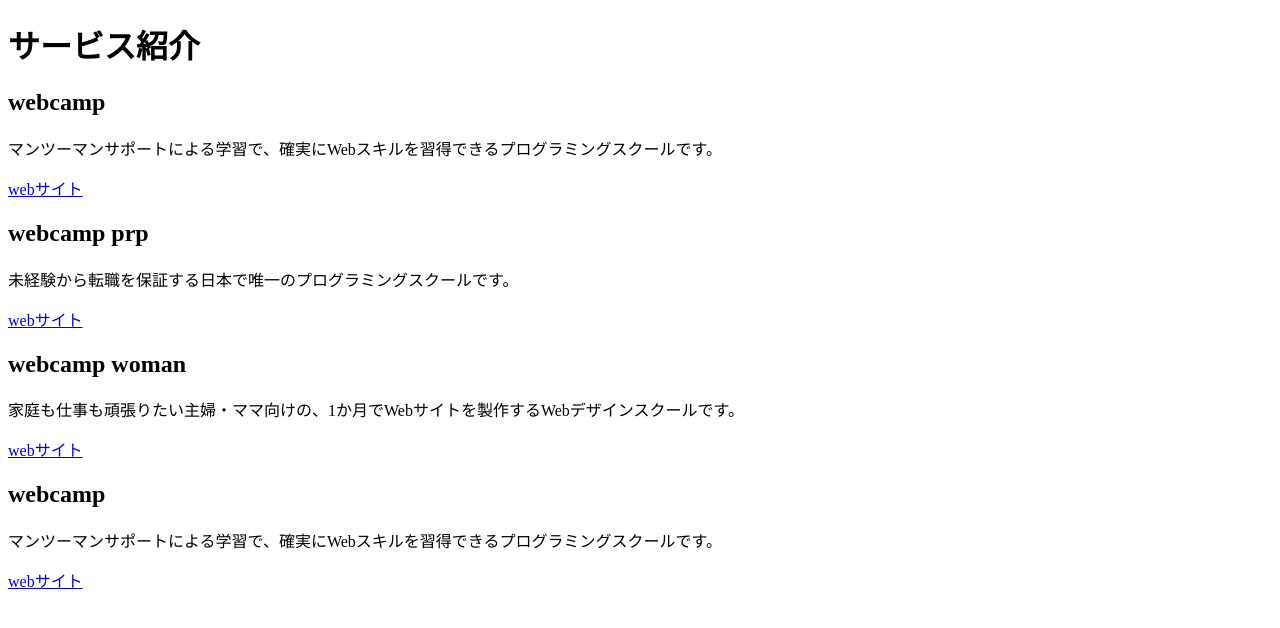
Repository: macchi-ro/-1
Page: sample/sample.html
The author's editor kept a record of every edit. The page is drawn from the files as they stood at one moment, then again after the next edit.
The browser window is 1280 px wide. The pictures show the whole page.

Above is the page before.

### sample/sample.html
<!DOCTYPE HTML>
<html lang="ja">

<head>
  <meta charset="UTF-8" />
  <title>初めてのHTML</title>
  <!-- 下記1行を追加してください -->
  <link rel="stylesheet" href="style.css" />
</head>
 <h1>サービス紹介</h1>
 <h2>webcamp</h2>
 <P>マンツーマンサポートによる学習で、確実にWebスキルを習得できるプログラミングスクールです。</P>
 <a href="https://web-camp.io/">webサイト</a>
  <h2>webcamp prp</h2>
 <P>未経験から転職を保証する日本で唯一のプログラミングスクールです。</P>
 <a href="https://web-camp.io/">webサイト</a>
  <h2>webcamp woman</h2>
 <P>家庭も仕事も頑張りたい主婦・ママ向けの、1か月でWebサイトを製作するWebデザインスクールです。</P>
 <a href="https://web-camp.io/">webサイト</a>
  <h2>webcamp</h2>
 <P>マンツーマンサポートによる学習で、確実にWebスキルを習得できるプログラミングスクールです。</P>
 <a href="https://web-camp.io/">webサイト</a>

Loaded but not shown: sample/style.css (no stored copy; drawn as an empty file)

After the next edit:
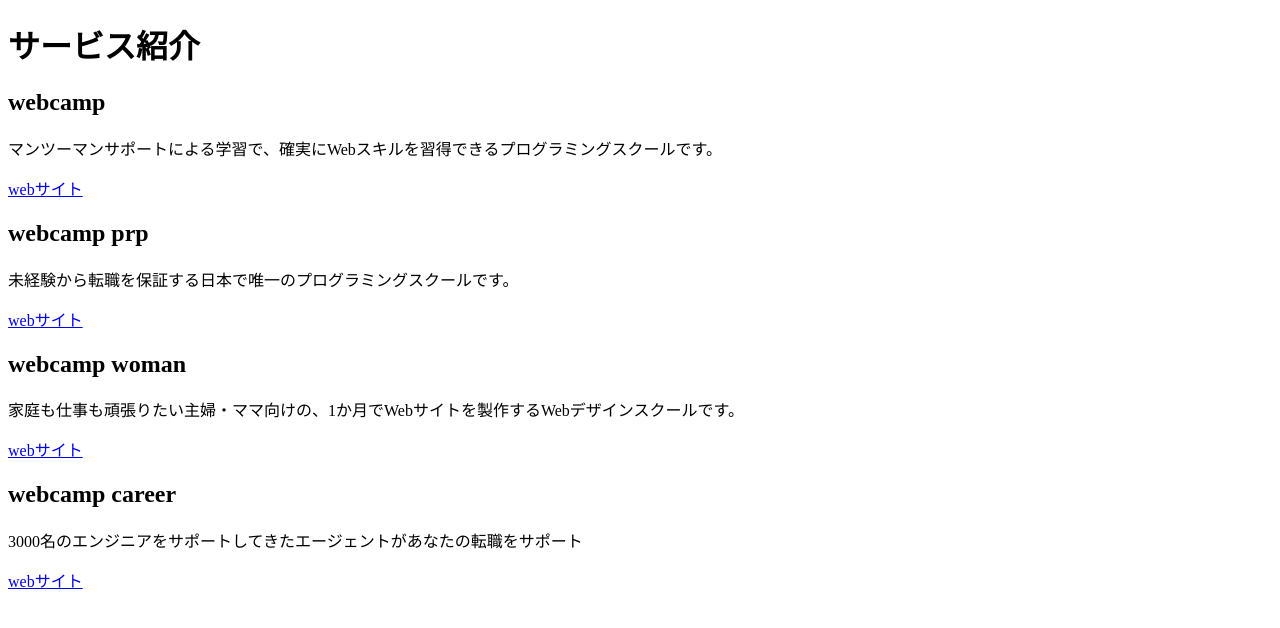
The edit:
--- a/sample/sample.html
+++ b/sample/sample.html
@@ -17,6 +17,6 @@
   <h2>webcamp woman</h2>
  <P>家庭も仕事も頑張りたい主婦・ママ向けの、1か月でWebサイトを製作するWebデザインスクールです。</P>
  <a href="https://web-camp.io/">webサイト</a>
-  <h2>webcamp</h2>
- <P>マンツーマンサポートによる学習で、確実にWebスキルを習得できるプログラミングスクールです。</P>
+  <h2>webcamp career</h2>
+ <P>3000名のエンジニアをサポートしてきたエージェントがあなたの転職をサポート</P>
  <a href="https://web-camp.io/">webサイト</a>
